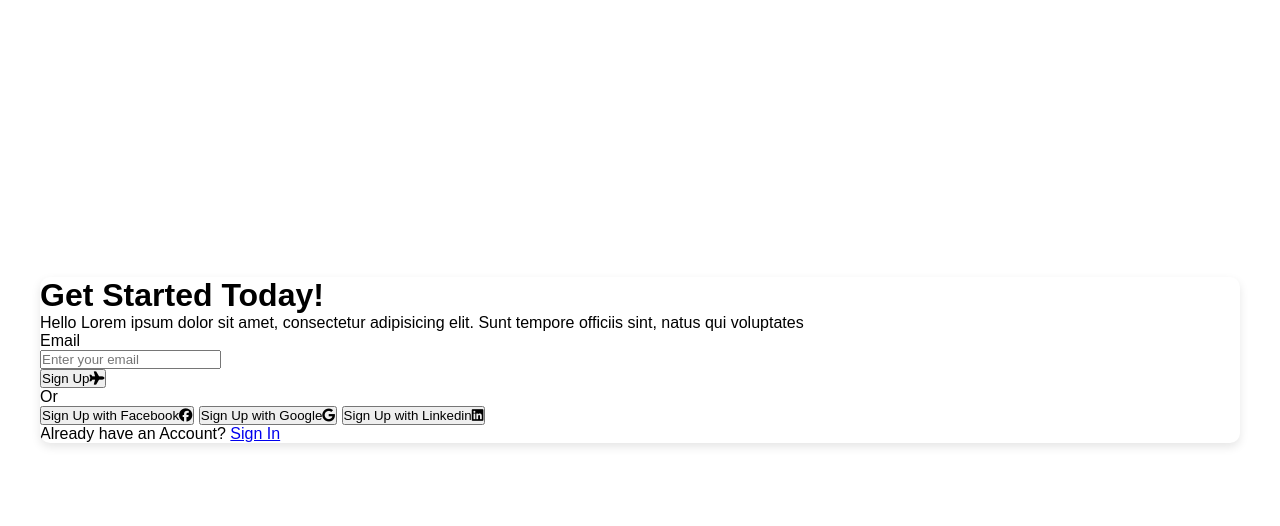
Repository: Femi007-gh/Login-V2
Page: index.html
These files come from the project's save history. The page is drawn as it stood at one moment and after a run of saves; the edit follows.
The browser window is 1280 px wide. The pictures show the whole page.

Above is the page before, as saved 2025-01-27 06:56:31.

After the next 5 saves:
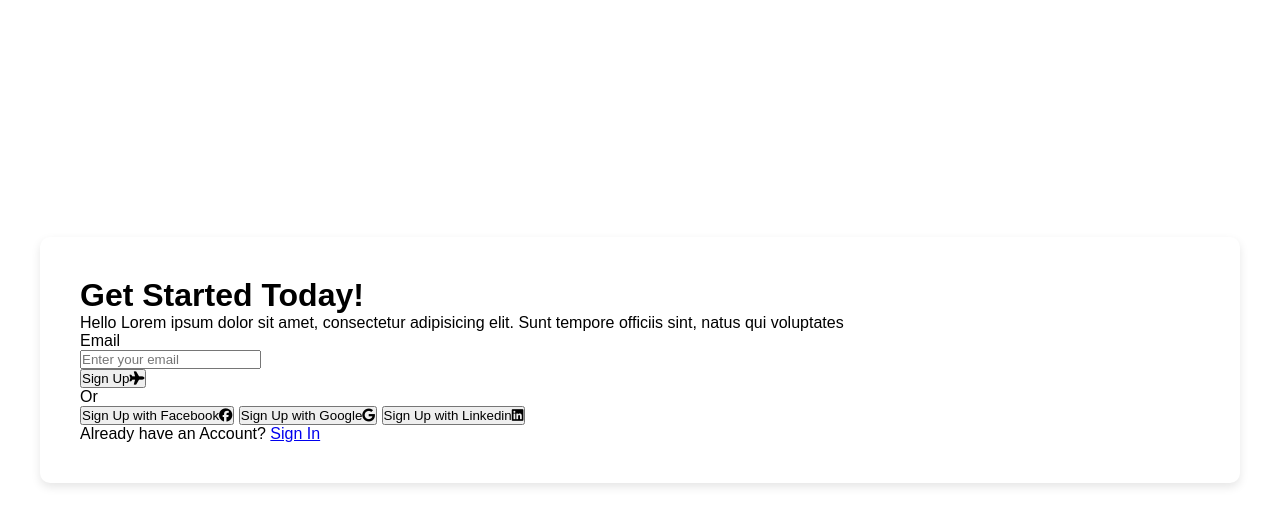
The 5 saves are shown as one change because they came seconds apart.
The last was saved 14 s later.
--- a/style.css
+++ b/style.css
@@ -23,5 +23,6 @@ body {
 }
 
 .left-session {
-
+  flex: 1;
+  padding: 40px;
 }
